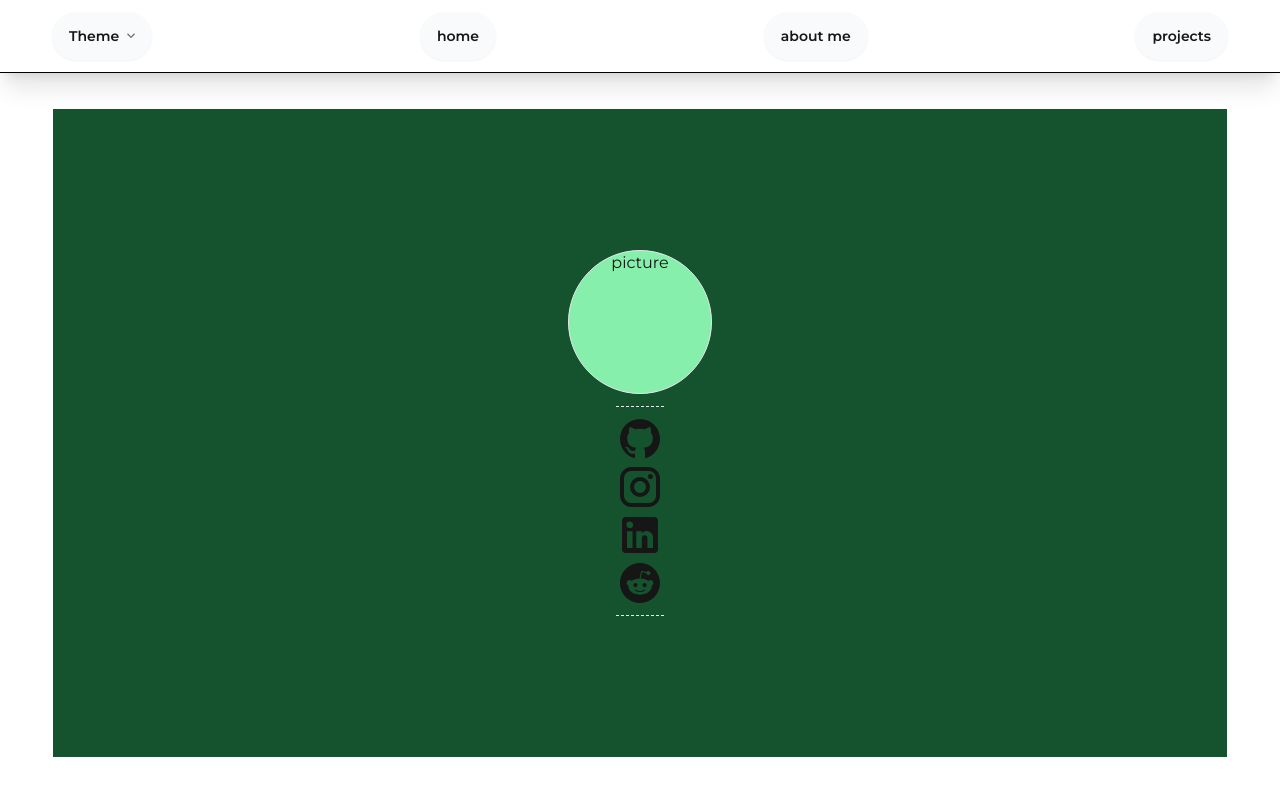
Repository: Yakyaz/myWebsite
Page: /home
These files come from the project's save history. The page is drawn as it stood at one moment and after the next save; the edit follows.
The browser window is 1280 px wide. The pictures show the whole page.
The project was rebuilt for these pictures with package versions that can differ from the ones it lists, and the page was loaded fresh each time. The framework's server and built-in components were replaced by stand-ins that run in the browser. Also part of the build but not shown: next.config.js.

Above is the page before, as saved 2023-12-02 22:50:56.

### app/layout.tsx
import type { Metadata } from "next";
import { Montserrat } from "next/font/google";
import "./globals.css";
import Navbar from "./components/navbar";

const montserrat = Montserrat({ subsets: ["latin"] });

export const metadata: Metadata = {
  title: "Create Next App",
  description: "Generated by create next app",
};

export default function RootLayout({
  children,
}: {
  children: React.ReactNode;
}) {
  return (
    <html lang="en" data-theme="pastel" style={{ overflow: "hidden" }}>
      <body className={montserrat.className} style={{ overflow: "hidden" }}>
        <Navbar />
        <div>{children}</div>
      </body>
    </html>
  );
}

### app/home/page.tsx
import Link from "next/link";
import Navbar from "../components/navbar";
import Icon from "@mdi/react";
import { mdiGithub, mdiInstagram, mdiLinkedin, mdiReddit } from "@mdi/js";
function Home() {
  return (
    <main className="w-screen h-screen flex items-center justify-center ">
      <div
        className="bg-green-900 w-11/12 flex justify-center items-center "
        style={{ height: "90%" }}
      >
        <div className="flex flex-col justify-center items-center">
          <div className="border rounded-full mb-3 bg-green-300 h-36 w-36 text-center">
            picture
          </div>
          <div className="flex flex-row space-x-4 border border-x-0 border-dashed ">
            <div className="my-2">
              <a href="https://github.com/It3chii ">
                <Icon path={mdiGithub} size={2} />
              </a>
              <a href="https://www.instagram.com/yakupwrld_/">
                <Icon path={mdiInstagram} size={2} />
              </a>
              <a href="https://www.linkedin.com/in/yakup-yazir-aa9a61247/">
                <Icon path={mdiLinkedin} size={2} />
              </a>
              <a href="https://www.reddit.com/user/It3chii">
                <Icon path={mdiReddit} size={2} />
              </a>
            </div>
          </div>
        </div>
      </div>
    </main>
  );
}

export default Home;

### app/components/navbar.tsx
import Link from "next/link";
import React from "react";
import Toggle from "./toggle";

const Navbar = () => {
  return (
    <ul className="flex flex-row justify-between items-center p-2 pr-12 pl-12 border-b border-black shadow-xl">
      <li>
        <Toggle />
      </li>
      <li>
        <Link className="btn m-1  " href="/home">
          home
        </Link>
      </li>
      <li>
        <Link className="btn m-1" href="/about">
          about me
        </Link>
      </li>
      <li>
        <Link className="btn m-1" href="/projects">
          projects
        </Link>
      </li>
    </ul>
  );
};

export default Navbar;

### app/components/toggle.tsx
import React from "react";

const Toggle = () => {
  return (
    <div className="dropdown ">
      <div tabIndex={0} role="button" className="btn m-1">
        Theme
        <svg
          width="12px"
          height="12px"
          className="h-2 w-2 fill-current opacity-60 inline-block"
          xmlns="http://www.w3.org/2000/svg"
          viewBox="0 0 2048 2048"
        >
          <path d="M1799 349l242 241-1017 1017L7 590l242-241 775 775 775-775z"></path>
        </svg>
      </div>
      <ul
        tabIndex={0}
        className="dropdown-content z-[1] p-2 shadow-2xl bg-base-300 rounded-box w-52"
      >
        <li>
          <input
            type="radio"
            name="theme-dropdown"
            className="theme-controller btn btn-sm btn-block btn-ghost justify-start"
            aria-label="Default"
            value="default"
          />
        </li>
        <li>
          <input
            type="radio"
            name="theme-dropdown"
            className="theme-controller btn btn-sm btn-block btn-ghost justify-start"
            aria-label="Retro"
            value="retro"
          />
        </li>
        <li>
          <input
            type="radio"
            name="theme-dropdown"
            className="theme-controller btn btn-sm btn-block btn-ghost justify-start"
            aria-label="Cyberpunk"
            value="cyberpunk"
          />
        </li>
        <li>
          <input
            type="radio"
            name="theme-dropdown"
            className="theme-controller btn btn-sm btn-block btn-ghost justify-start"
            aria-label="Dracula"
            value="dracula"
          />
        </li>
        <li>
          <input
            type="radio"
            name="theme-dropdown"
            className="theme-controller btn btn-sm btn-block btn-ghost justify-start"
            aria-label="Aqua"
            value="aqua"
          />
        </li>
      </ul>
    </div>
  );
};

export default Toggle;

### tailwind.config.ts
import type { Config } from "tailwindcss";

const config: Config = {
  content: [
    "./pages/**/*.{js,ts,jsx,tsx,mdx}",
    "./components/**/*.{js,ts,jsx,tsx,mdx}",
    "./app/**/*.{js,ts,jsx,tsx,mdx}",
  ],
  theme: {
    extend: {
      backgroundImage: {
        "gradient-radial": "radial-gradient(var(--tw-gradient-stops))",
        "gradient-conic":
          "conic-gradient(from 180deg at 50% 50%, var(--tw-gradient-stops))",
      },
    },
  },
  plugins: [require("daisyui")],
  daisyui: {
    themes: ["pastel", "retro", "cyberpunk", "dracula", "aqua"],
  },
};
export default config;

Loaded but not shown: app/globals.css (common file)

After the next save:
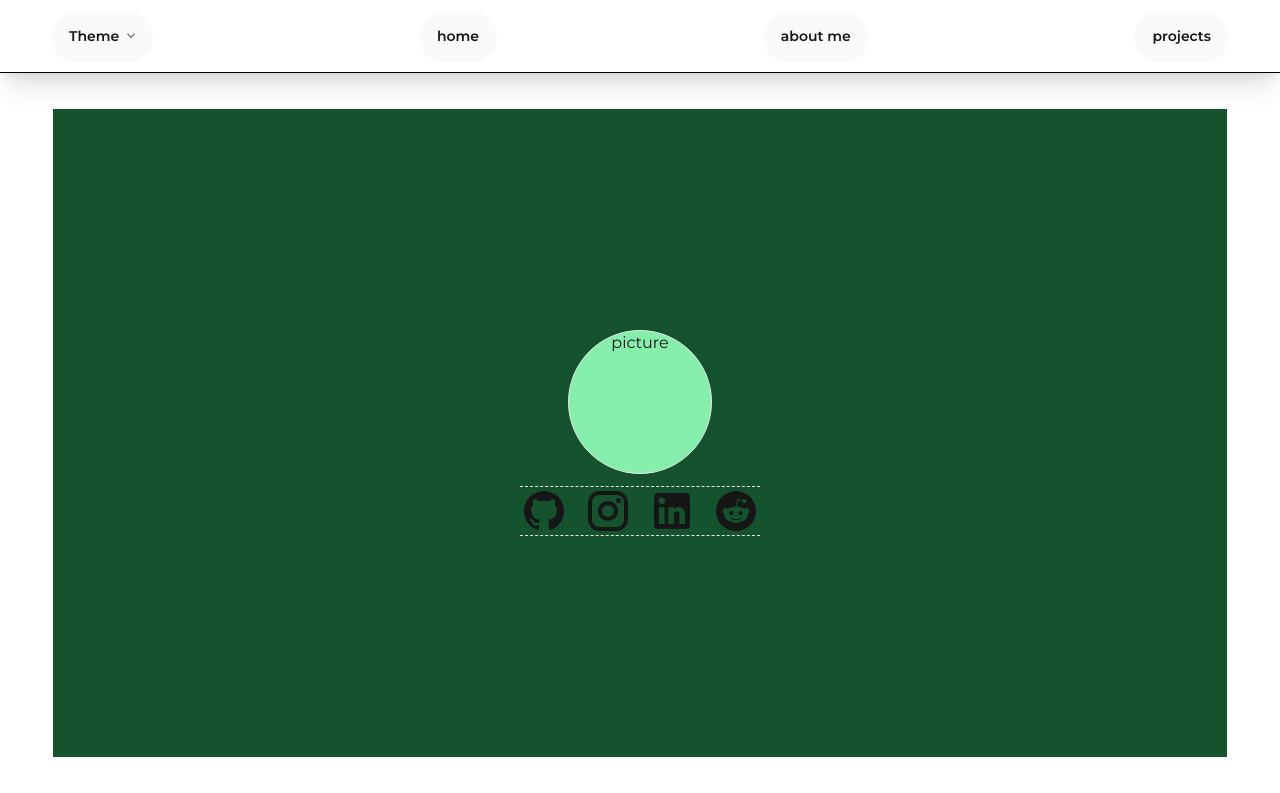
Saved 12 s later.
--- a/app/home/page.tsx
+++ b/app/home/page.tsx
@@ -14,20 +14,18 @@ function Home() {
             picture
           </div>
           <div className="flex flex-row space-x-4 border border-x-0 border-dashed ">
-            <div className="my-2">
-              <a href="https://github.com/It3chii ">
-                <Icon path={mdiGithub} size={2} />
-              </a>
-              <a href="https://www.instagram.com/yakupwrld_/">
-                <Icon path={mdiInstagram} size={2} />
-              </a>
-              <a href="https://www.linkedin.com/in/yakup-yazir-aa9a61247/">
-                <Icon path={mdiLinkedin} size={2} />
-              </a>
-              <a href="https://www.reddit.com/user/It3chii">
-                <Icon path={mdiReddit} size={2} />
-              </a>
-            </div>
+            <a href="https://github.com/It3chii ">
+              <Icon path={mdiGithub} size={2} />
+            </a>
+            <a href="https://www.instagram.com/yakupwrld_/">
+              <Icon path={mdiInstagram} size={2} />
+            </a>
+            <a href="https://www.linkedin.com/in/yakup-yazir-aa9a61247/">
+              <Icon path={mdiLinkedin} size={2} />
+            </a>
+            <a href="https://www.reddit.com/user/It3chii">
+              <Icon path={mdiReddit} size={2} />
+            </a>
           </div>
         </div>
       </div>
